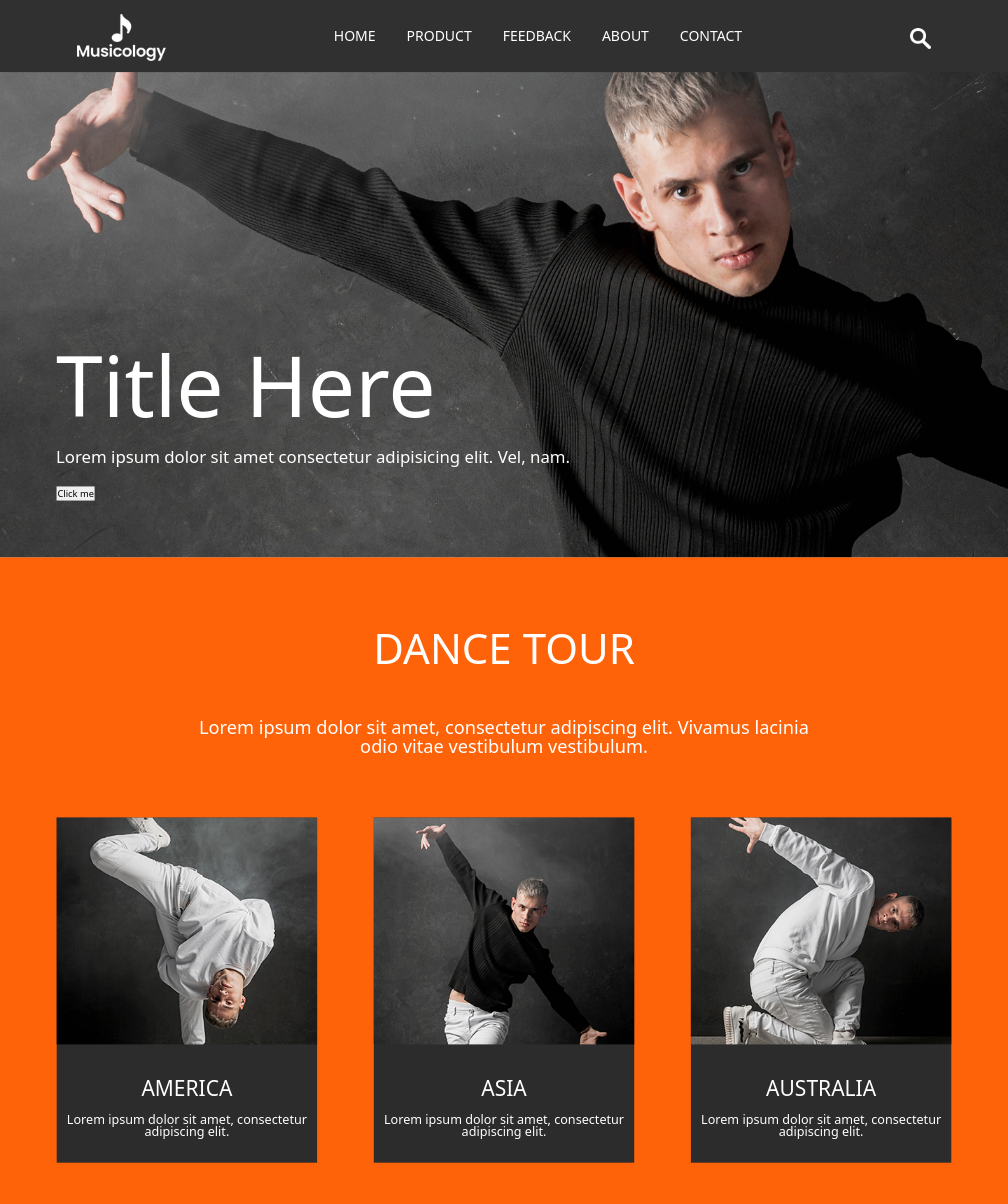
Repository: KinD2704/Web-University
Page: Bai30/index.html
These files come from the project's save history. The page is drawn as it stood at one moment and after the next save; the edit follows.
The browser window is 1280 px wide. The page is 1440 px wide, so the pictures cover 1440 px, including what lies to the right of the window. The pictures show the part of the page from y = 0 to 1720 px (the page is 7257 px tall), at 70% of full size.

Above is the page before, as saved 2023-12-24 00:39:15.

After the next save:
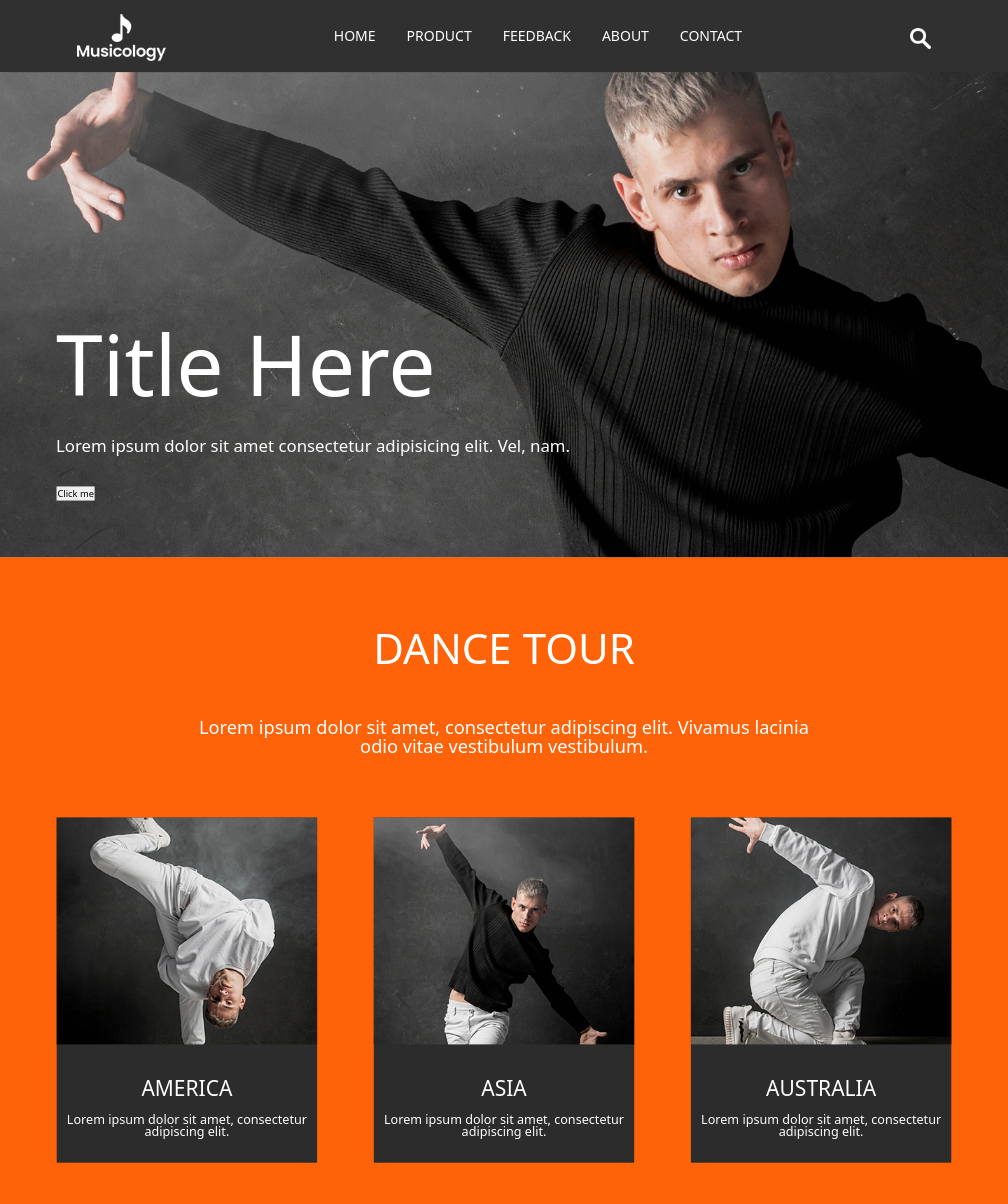
Saved 16 s later.
--- a/Bai30/css/styles.css
+++ b/Bai30/css/styles.css
@@ -57,7 +57,7 @@ header ul li:hover a {
 }
 .banner1__text2 p {
     font-size: 24px;
-    padding: 30px 0;
+    padding: 45px 0;
 }
 /* banner 2 */
 .banner2 {
